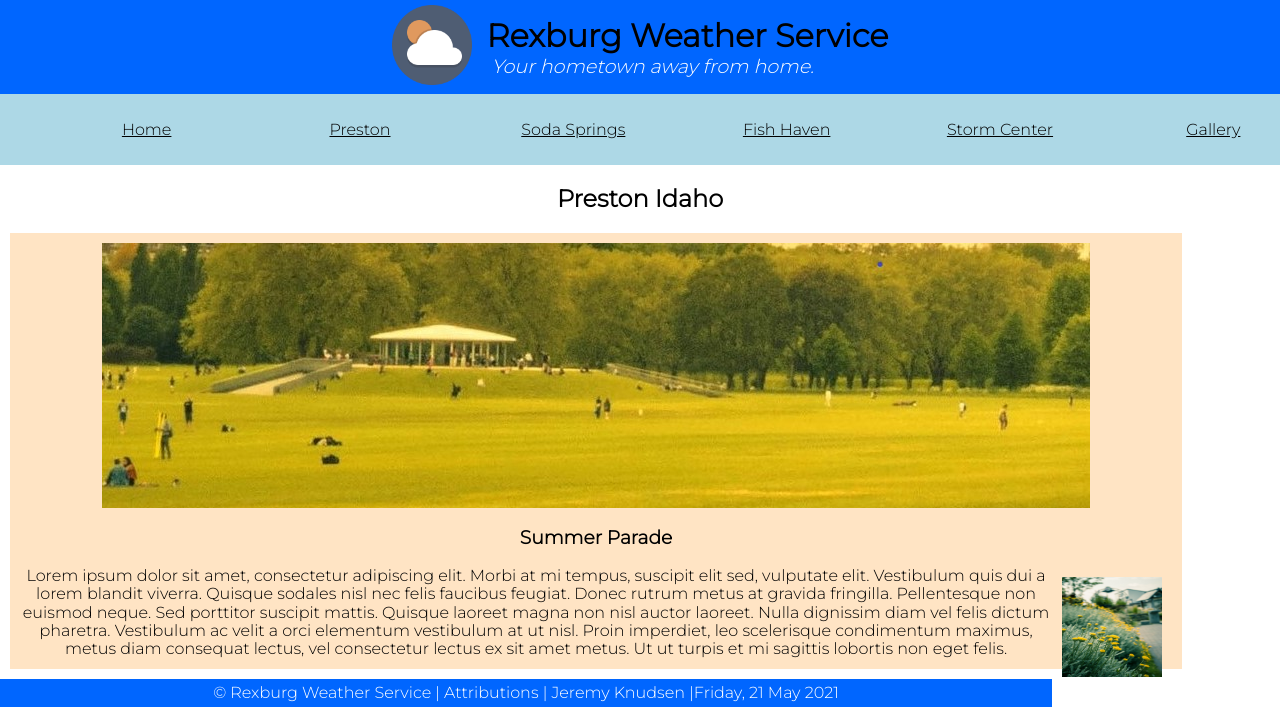
Repository: jknudsen97/jknudsen97.github.io
Page: lesson05/preston-5.html
An editor plug-in stored every save of this project. The page is shown before and after the next save, followed by the edit.
The browser window is 1280 px wide. The pictures show the whole page.

Above is the page before, as saved 2021-05-22 02:27:36.

### lesson05/preston-5.html
<!DOCTYPE html>
<html lang="en">
<head>
    <meta charset="UTF-8">
    <meta http-equiv="X-UA-Compatible" content="IE=edge">
    <meta name="viewport" content="width=device-width, initial-scale=1.0">
    <title>Rexburg Weather Service</title>
    <meta name="description" content="This will be the main preston town page"/>
    <link rel="preconnect" href="https://fonts.gstatic.com">
    <link href="https://fonts.googleapis.com/css2?family=Montserrat:wght@100;300&display=swap" rel="stylesheet">
    <link rel="preconnect" href="https://fonts.gstatic.com">
    <link href="https://fonts.googleapis.com/css2?family=Nunito:wght@300&display=swap" rel="stylesheet">
    <script defer src="js/script.js"></script>
    <link rel="stylesheet" href="https://cdnjs.cloudflare.com/ajax/libs/normalize/8.0.1/normalize.min.css">
    <link rel="stylesheet" href="css/main.css"/>
    <link rel="stylesheet" href="css/medium.css"/>
    <link rel="stylesheet" href="css/large.css"/>
</head>
<body>
    <header>
        <picture>
            <img src="images/logo.png" alt="Preston logo">
        </picture>
        <section class="headings">
            <h1>Rexburg Weather Service</h1>
            <div class="motto">Your hometown away from home.</div>
        </section>
    </header>

    <div class="nav">
        <div class="hamburger">
            <span class="bar"></span>
            <span class="bar"></span>
            <span class="bar"></span>
        </div>
        <ul class="menu">
            <li><a href="#home" class="link">Home</a></li>
            <li><a href="#preston" class="link">Preston</a></li>
            <li><a href="#sodaSprings" class="link">Soda Springs</a></li>
            <li><a href="#fishHaven" class="link">Fish Haven</a></li>
            <li><a href="#stormCenter" class="link">Storm Center</a></li>
            <li><a href="#gallery" class="link">Gallery</a></li>
        </ul>
    </div>
    <main>
        <div>
            <h2>Preston Idaho</h2>
            <div class="background">
                    <img class="stock1" src="images/stock1.jpg" alt="Stock Photo 1">
                    <h3>Summer Parade</h3>
                    <img class="stock2" src="images/stock2.jpg" alt="Stock Photo 2">
                <div class="fillerText">
                    Lorem ipsum dolor sit amet, consectetur adipiscing elit.
                    Morbi at mi tempus,
                    suscipit elit sed,
                    vulputate elit. Vestibulum quis dui a lorem blandit viverra.
                    Quisque sodales nisl nec felis faucibus feugiat.
                    Donec rutrum metus at gravida fringilla.
                    Pellentesque non euismod neque.
                    Sed porttitor suscipit mattis.
                    Quisque laoreet magna non nisl auctor laoreet.
                    Nulla dignissim diam vel felis dictum pharetra.
                    Vestibulum ac velit a orci elementum vestibulum at ut nisl.
                    Proin imperdiet, leo scelerisque condimentum maximus,
                    metus diam consequat lectus,
                    vel consectetur lectus ex sit amet metus.
                    Ut ut turpis et mi sagittis lobortis non eget felis.
                </div>
            </div>
        </div>
    </main>
    <footer>
        <div>&copy; Rexburg Weather Service | Attributions | Jeremy Knudsen |</div>
        <div>
            <span id="currentDayofWeek"></span>,
            <span id="currentDay"></span> <span id="currentMonth"></span>
            <span id="currentYear"></span>
        </div>
    </footer>
</body>
</html>

### lesson05/css/main.css
header {
    background-color: #0066ff;
    padding: 5px;
    display: flex;
    align-items: center;
    justify-content: center;
}

header img{
    width: 50px;
    height: auto;
}

body{
    font-family: 'Montserrat', sans-serif;
}

main{
    text-align: center;
}

p{
    justify-content: center;
    background-color: beige;
    padding: 25px;
    margin: 20px;
}

.headings {
    display: flex;
    flex-direction: column;
}

.headings h1{
    font-size: 1em;
    margin: 0 0 0 15px;
}

.motto{
    font-style: italic;
    color: white;
    margin-left: 20px;
    font-size: 1.2rem;
}

.nav{
    overflow: hidden;
    background-color: lightblue;
    position: relative;
}

.menu{
    overflow: hidden;
    display: none;
}

.menu li{
    list-style: none;
    text-decoration: none;
    flex: 1;
    text-align: center;
    justify-content: center;
    box-sizing: border-box;
    line-height: 1.5rem;
}

.menu a{
    color: black;
    justify-content: space-between;
    text-align: center;
    list-style-type: none;
    flex-direction: row;
    align-items: center;
    display: block;
}

.menu.active{
    display: block;
    padding-inline-start: 0px;
}

a.link{
    padding: 7.5px;
}

.nav a.icon{
    background: black;
    display: block;
    position: absolute;
    right: 0;
    top: 0;
}

.hamburger{
    display: none;
}

.bar{
    display: block;
    width: 25px;
    height: 3px;
    margin: 5px auto;
    -webkit-transition: all 0.3s ease-in-out;
    transition: all 0.3s ease-in-out;
    background-color: black;
}

footer {
    margin: 10 px;
    color: white;
    background-color: #0066ff;
    padding: 5px;
    display: flex;
    align-items: center;
    justify-content: center;
    flex-direction: column;
}

.hamburger{
    display: block;
    cursor: pointer;
}

.hamburger.active .bar:nth-child(2) {
    opacity: 0;
}

.hamburger.active .bar:nth-child(1) {
    transform: translateY(8px) rotate(45deg);
}

.hamburger.active .bar:nth-child(3) {
    transform: translateY(-8px) rotate(-45deg);
}

.headings h1{
    font-size: 3rem;
}

.header img{
    width: 120px;
    height: auto;
}

/*Lesson05*/

.stock1{
    display: block;
    align-items: center;
    margin-left: auto;
    margin-right: auto;
    max-width: 95%;
    height: auto;
}

.stock2{
    margin: 10px;
    float: right;
    width: 100px;
    height: 100px;
}

.fillertext{
    padding: 15px;
    margin: 10px;
    text-align: justify;
}

.background{
    display: block;
    max-width: 90%;
    background-color: bisque;
    padding: 10px;
    margin: 10px;
}

### lesson05/css/medium.css
@media only screen and (min-width: 32.5em){
    .menu{
        display: flex;
    }

    header img{
        width: 80px;
        height: auto;
    }

    .headings h1{
        font-size: 2rem;
    }

    .hamburger{
        display: none;
    }

    footer{
        flex-direction: row;
    }

    /*Lesson05*/

    .stock1{
        height: 10%;
    }
}

### lesson05/css/large.css
@media only screen and (min-width: 60em){
    .menu{
        display: flex;
        top: 5rem;
        border-radius: 10px;
        justify-content: space-between;
        width: 100%;
        transition: 0.3s;
    }
}

### lesson05/js/script.js
const hamburger = document.querySelector(".hamburger");
const menu = document.querySelector(".menu");
hamburger.addEventListener("click", mobileMenu);

function mobileMenu() {
    hamburger.classList.toggle("active");
    menu.classList.toggle("active");
}

const link = document.querySelectorAll(".link");
link.forEach(n => n.addEventListener("click", closeMenu));

function closeMenu(){
    hamburger.classList.remove("active");
    menu.classList.remove("active");
}

var d = new Date();
var weekday = new Array(7);
weekday[0] = "Sunday";
weekday[1] = "Monday";
weekday[2] = "Tuesday";
weekday[3] = "Wednesday";
weekday[4] = "Thursday";
weekday[5] = "Friday";
weekday[6] = "Saturday";

var n = weekday[d.getDay()];
document.querySelector("#currentDayofWeek").innerHTML = n;

var n = d.getDate();
document.querySelector("#currentDay").innerHTML = n;

var month = new Array();
month[0] = "January";
month[1] = "February";
month[2] = "March";
month[3] = "April";
month[4] = "May";
month[5] = "June";
month[6] = "July";
month[7] = "August";
month[8] = "September";
month[9] = "October";
month[10] = "November";
month[11] = "December";

var n = month[d.getMonth()];
document.querySelector("#currentMonth").innerHTML = n;

var n = d.getFullYear();
document.querySelector("#currentYear").innerHTML = n;

After the next save:
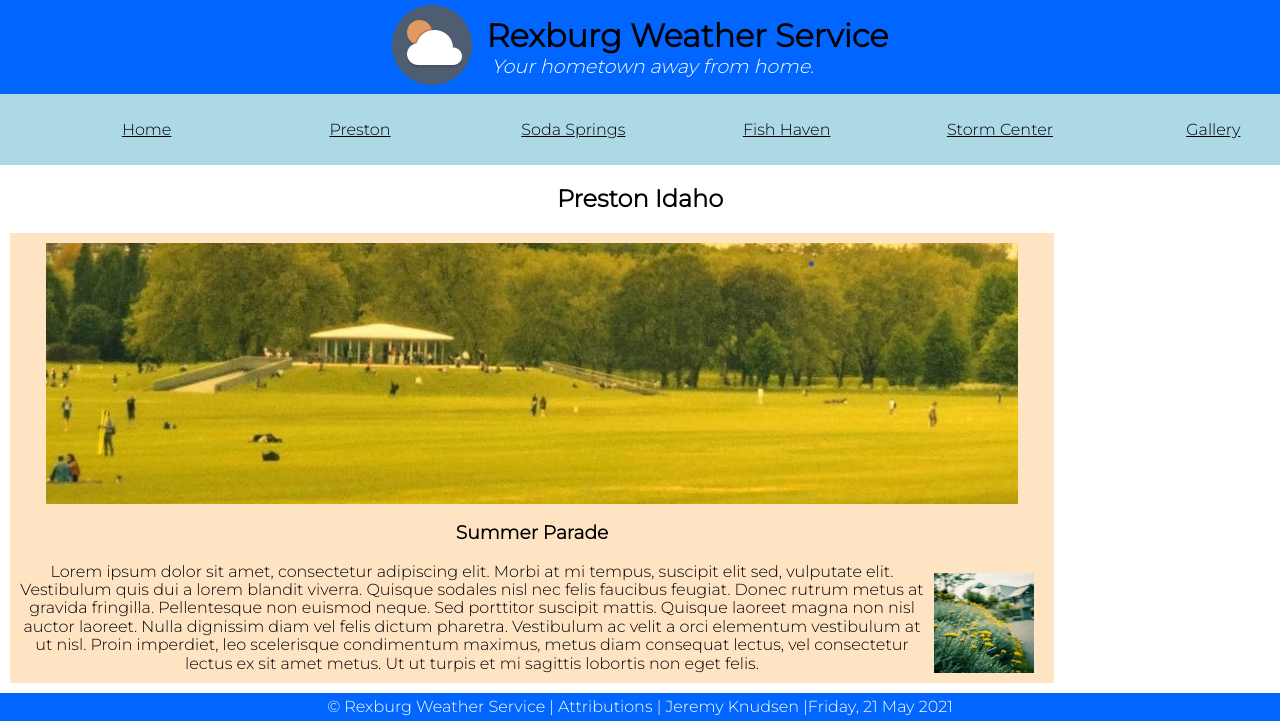
Saved 39 s later.
--- a/lesson05/css/main.css
+++ b/lesson05/css/main.css
@@ -168,7 +168,7 @@ footer {
 
 .background{
     display: block;
-    max-width: 90%;
+    max-width: 80%;
     background-color: bisque;
     padding: 10px;
     margin: 10px;
